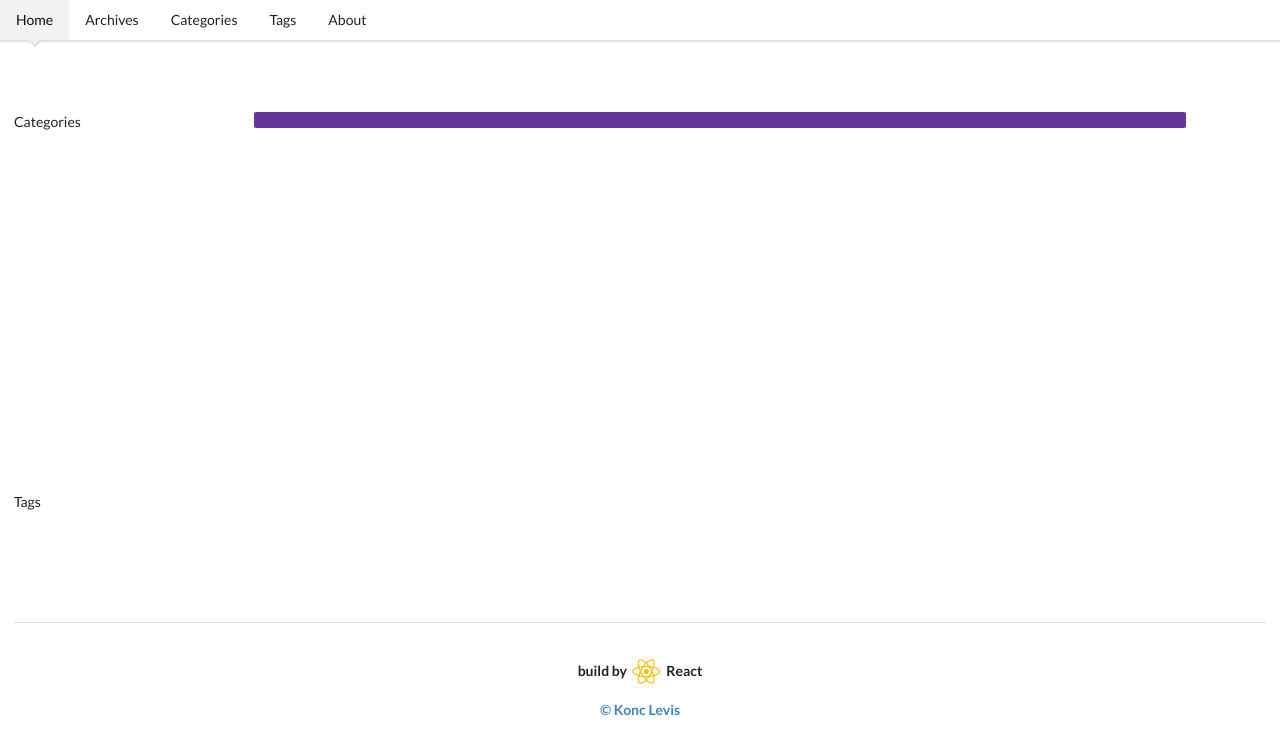
Repository: chu4j/my-spring-cloud-blog-frontend
Page: /
These files come from the project's save history. The page is drawn as it stood at one moment and after the next save; the edit follows.
The browser window is 1280 px wide. The pictures show the whole page.
The page's requests for data from a server got no answer. The project was rebuilt for these pictures with package versions that can differ from the ones it lists, and the page was loaded fresh each time. No one was signed in, and anything a server would have sent is missing. Also part of the build but not shown: src/components/Categories.jsx, src/components/FocusContent.jsx, src/css/App.css, src/components/owner/LoginForm.jsx, src/components/Tags.jsx, src/components/Timeline.jsx, src/components/TimelineHome.jsx.

Above is the page before, as saved 2021-02-24 12:51:18.

After the next save:
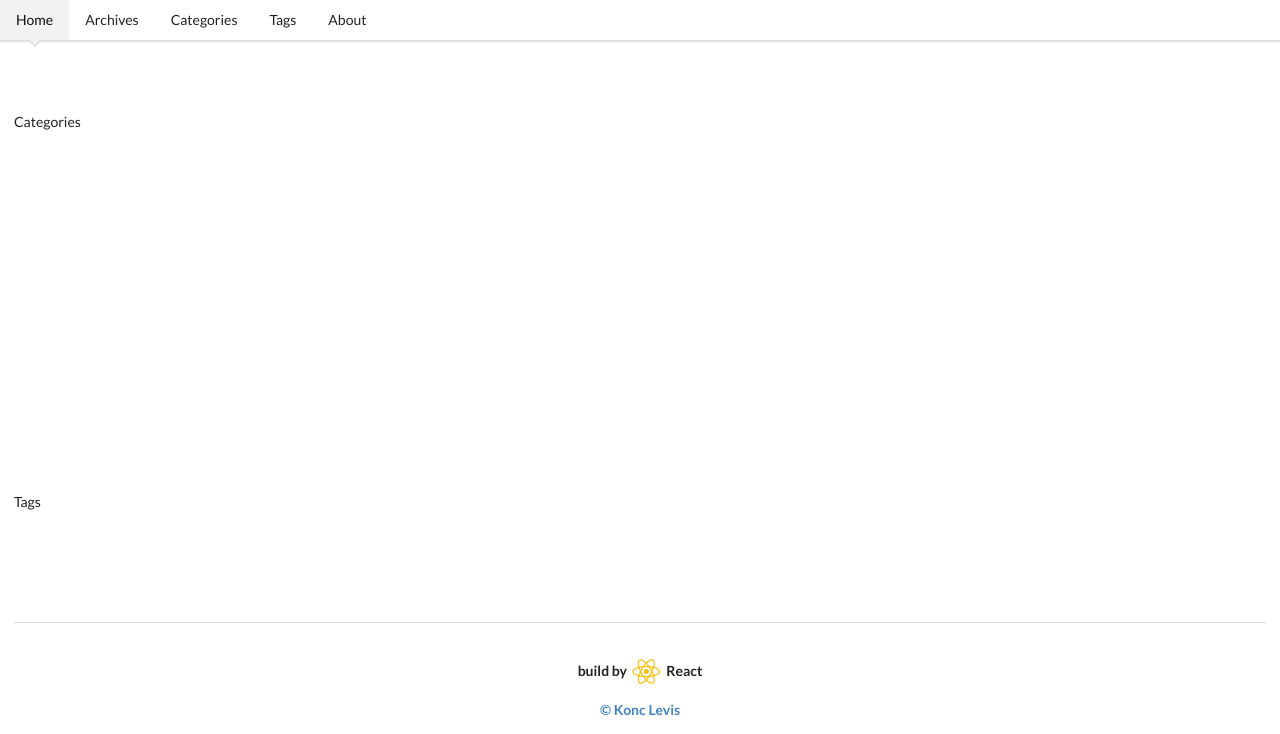
Saved 30 s later.
--- a/src/components/Content.jsx
+++ b/src/components/Content.jsx
@@ -28,10 +28,10 @@ function ContentComponent(props) {
         timeout={200}
         unmountOnExit
       >
-        <Container fluid className="post-container">
+        <Container fluid>
           {props.response.list &&
             props.response.list.map((a, index) => (
-              <div style={index > 0 ? { marginTop: "20px" } : {}}>
+              <div style={index > 0 ? { marginTop: "20px" } : {}}  className="post-container">
                 <Header as="h1" textAlign="center">
                   <a href={"/post/" + a.serialNumber} className="post-title">
                     {a.title}
